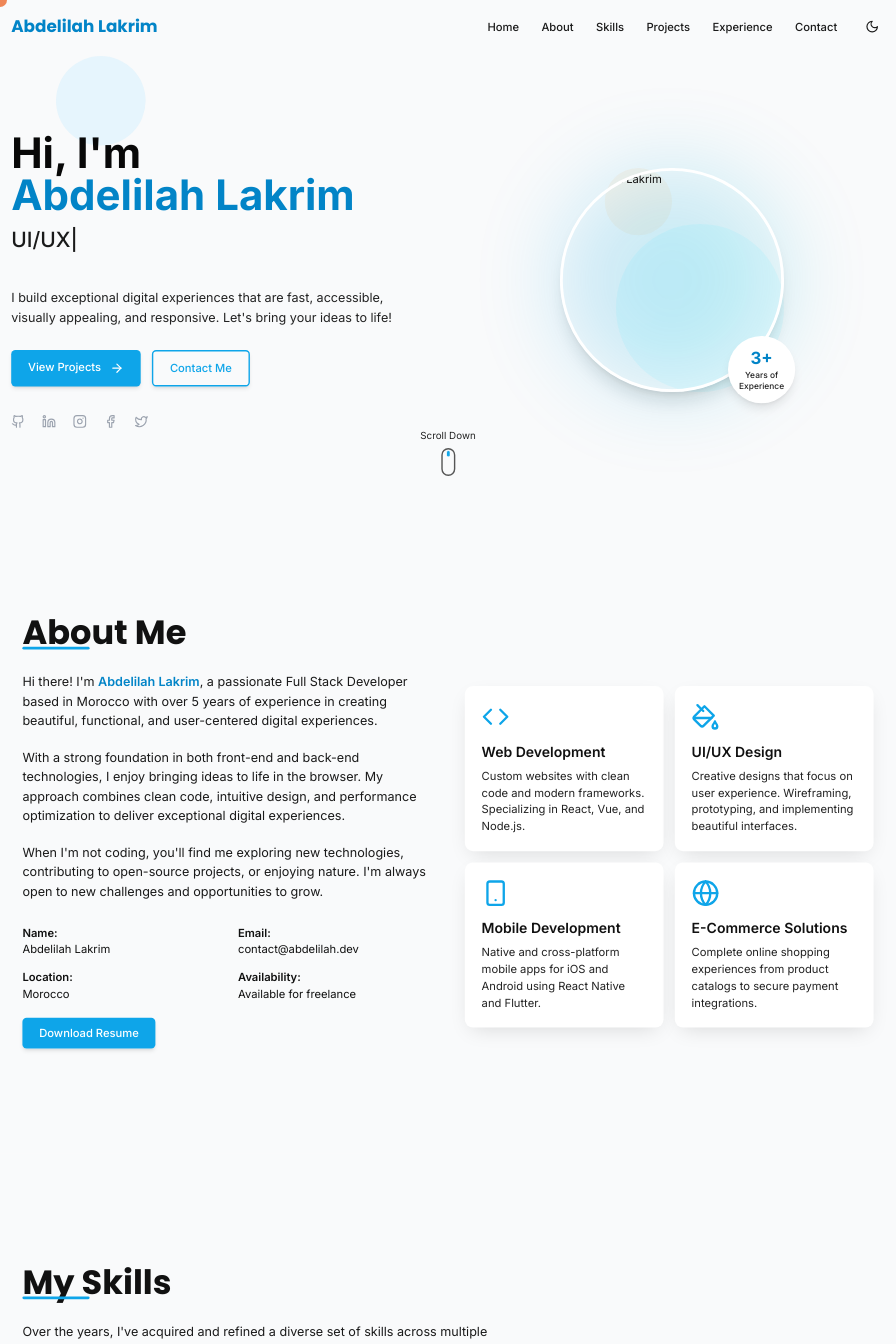
Repository: Abdelilah-Lakrim/Personal_Portfolio
Page: /
The author's editor kept a copy of each file at every save. The page is drawn from the files as they stood at one save, then again after the next save.
The browser window is 1280 px wide. The pictures show the part of the page from y = 0 to 1920 px (the page is 7905 px tall), at 70% of full size.
Pictures or frames that could not be fetched are drawn as grey boxes. The project was rebuilt for these pictures with package versions that can differ from the ones it lists, and the page was loaded fresh each time. Also part of the build but not shown: vite.config.ts.

Above is the page before, as saved 2025-05-21 12:11:24.

### index.html
<!doctype html>
<html lang="en">
  <head>
    <meta charset="UTF-8" />
    <link rel="icon" type="image/svg+xml" href="/favicon.svg" />
    <meta name="viewport" content="width=device-width, initial-scale=1.0" />
    <meta name="description" content="Abdelilah Lakrim - Full Stack Developer Portfolio">
    <title>Abdelilah Lakrim | Full Stack Developer</title>
  </head>
  <body>
    <div id="root"></div>
    <script type="module" src="/src/main.tsx"></script>
  </body>
</html>

### src/App.tsx
import React, { useEffect, useState } from 'react';
import Header from './components/Header';
import Hero from './components/Hero';
import About from './components/About';
import Projects from './components/Projects';
import Experience from './components/Experience';
import Skills from './components/Skills';
import Contact from './components/Contact';
import Footer from './components/Footer';
import Cursor from './components/Cursor';
import ScrollToTop from './components/ScrollToTop';

// Import smooth scrolling
import Lenis from '@studio-freight/lenis';

function App() {
  const [mounted, setMounted] = useState(false);

  useEffect(() => {
    // Initialize smooth scrolling
    const lenis = new Lenis({
      duration: 1.2,
      easing: (t) => Math.min(1, 1.001 - Math.pow(2, -10 * t)),
      orientation: 'vertical',
      gestureOrientation: 'vertical',
      smoothWheel: true,
      smoothTouch: false,
      touchMultiplier: 2,
    });

    function raf(time: number) {
      lenis.raf(time);
      requestAnimationFrame(raf);
    }

    requestAnimationFrame(raf);

    // Add intersection observer for animation on scroll
    const observer = new IntersectionObserver(
      (entries) => {
        entries.forEach((entry) => {
          if (entry.isIntersecting) {
            entry.target.classList.add('animate-visible');
          }
        });
      },
      { threshold: 0.1 }
    );

    const hiddenElements = document.querySelectorAll('.animate-hidden');
    hiddenElements.forEach((el) => observer.observe(el));

    setMounted(true);

    return () => {
      // Cleanup
      hiddenElements.forEach((el) => observer.unobserve(el));
    };
  }, []);

  return (
    <div className="hidden-cursor min-h-screen bg-gray-50">
      {mounted && <Cursor />}
      <Header />
      <main>
        <Hero />
        <About />
        <Skills />
        <Projects />
        <Experience />
        <Contact />
      </main>
      <Footer />
      <ScrollToTop />
    </div>
  );
}

export default App;

### src/index.css
@import url('https://fonts.googleapis.com/css2?family=Inter:wght@300;400;500;600;700&family=Poppins:wght@500;600;700&display=swap');

@tailwind base;
@tailwind components;
@tailwind utilities;

:root {
  --cursor-color: rgba(14, 165, 233, 0.7);
}

* {
  margin: 0;
  padding: 0;
  box-sizing: border-box;
  scroll-behavior: smooth;
}

body {
  @apply bg-gray-50 text-dark-800 font-sans overflow-x-hidden;
}

/* Custom cursor styles */
.custom-cursor {
  position: fixed;
  width: 20px;
  height: 20px;
  border-radius: 50%;
  background-color: var(--cursor-color);
  transform: translate(-50%, -50%);
  pointer-events: none;
  z-index: 9999;
  mix-blend-mode: difference;
  transition: transform 0.2s ease-out, opacity 0.2s ease-out, width 0.2s ease-out, height 0.2s ease-out;
}

.custom-cursor.hover {
  width: 50px;
  height: 50px;
  opacity: 0.5;
}

.hidden-cursor {
  cursor: none;
}

/* Custom scrollbar */
::-webkit-scrollbar {
  width: 8px;
}

::-webkit-scrollbar-track {
  @apply bg-gray-100;
}

::-webkit-scrollbar-thumb {
  @apply bg-primary-500 rounded-full;
}

::-webkit-scrollbar-thumb:hover {
  @apply bg-primary-600;
}

/* Section styles */
.section-container {
  @apply max-w-7xl mx-auto px-4 sm:px-6 lg:px-8 py-20;
}

.section-title {
  @apply text-3xl md:text-4xl lg:text-5xl font-bold font-heading mb-8 text-dark-800 relative;
}

.section-title::after {
  content: '';
  @apply absolute bottom-0 left-0 w-24 h-1 bg-primary-500 mt-2 rounded-full;
}

/* Button styles */
.btn-primary {
  @apply px-6 py-3 bg-primary-500 text-white font-medium rounded-md shadow-md hover:bg-primary-600 transition-all duration-300 transform hover:-translate-y-1 focus:outline-none focus:ring-2 focus:ring-primary-400 focus:ring-opacity-50;
}

.btn-secondary {
  @apply px-6 py-3 bg-transparent border-2 border-primary-500 text-primary-500 font-medium rounded-md shadow-md hover:bg-primary-50 transition-all duration-300 transform hover:-translate-y-1 focus:outline-none focus:ring-2 focus:ring-primary-400 focus:ring-opacity-50;
}

/* 3D card effect */
.tilt-card {
  @apply relative overflow-hidden rounded-xl shadow-smooth bg-white p-6 transition-all duration-300 hover:shadow-neon;
  transform-style: preserve-3d;
  transform: perspective(1000px);
}

.skill-bar {
  @apply h-2 rounded-full bg-gray-200 overflow-hidden mt-2;
}

.skill-progress {
  @apply h-full bg-primary-500 rounded-full;
  transition: width 1.5s ease-in-out;
}

/* Animation classes */
.animate-hidden {
  opacity: 0;
  transform: translateY(30px);
}

.animate-visible {
  opacity: 1;
  transform: translateY(0);
  transition: opacity 0.8s ease, transform 0.8s ease;
}

/* Project card styles */
.project-card {
  @apply relative overflow-hidden rounded-xl shadow-smooth transition-all duration-300;
  transform-style: preserve-3d;
  transform: perspective(1000px);
}

.project-card img {
  @apply transition-all duration-500;
}

.project-card:hover img {
  @apply scale-105;
}

.project-card-content {
  @apply absolute inset-0 p-6 flex flex-col justify-end bg-gradient-to-t from-dark-900/80 to-transparent text-white opacity-0 transition-all duration-300;
}

.project-card:hover .project-card-content {
  @apply opacity-100;
}

/* Timeline styles */
.timeline-container {
  @apply relative;
}

.timeline-container::before {
  content: '';
  @apply absolute left-0 md:left-1/2 h-full w-0.5 bg-primary-200 transform md:-translate-x-1/2;
}

.timeline-item {
  @apply relative pt-10 pb-10;
}

.timeline-dot {
  @apply absolute left-0 md:left-1/2 w-4 h-4 rounded-full bg-primary-500 border-4 border-white shadow-md transform md:-translate-x-1/2 z-10;
}

.timeline-content {
  @apply ml-6 md:ml-0 md:w-5/12 p-6 bg-white rounded-xl shadow-smooth transition-all duration-300 hover:shadow-neon;
}

.timeline-item:nth-child(even) .timeline-content {
  @apply md:ml-auto md:mr-0;
}

.timeline-item:nth-child(odd) .timeline-content {
  @apply md:mr-auto md:ml-0;
}

### src/components/Hero.tsx
import React, { useEffect, useRef } from 'react';
import { motion } from 'framer-motion';
import { TypeAnimation } from 'react-type-animation';
import { ArrowRight, Facebook, Github as GitHub, Instagram, Linkedin, Twitter } from 'lucide-react';
import gsap from 'gsap';

const Hero: React.FC = () => {
  const heroRef = useRef<HTMLDivElement>(null);

  // Parallax effect on mouse move
  useEffect(() => {
    const handleMouseMove = (e: MouseEvent) => {
      if (!heroRef.current) return;

      const { clientX, clientY } = e;
      const { innerWidth, innerHeight } = window;

      // Calculate how far the mouse has moved from the center as a percentage
      const moveX = (clientX - innerWidth / 2) / (innerWidth / 2);
      const moveY = (clientY - innerHeight / 2) / (innerHeight / 2);

      // Apply parallax effect to elements
      const elements = heroRef.current.querySelectorAll('.parallax');
      elements.forEach((el, index) => {
        const htmlEl = el as HTMLElement;
        const factor = index * 5 + 15;
        gsap.to(htmlEl, {
          x: moveX * factor,
          y: moveY * factor,
          duration: 1,
          ease: 'power1.out'
        });
      });
    };

    window.addEventListener('mousemove', handleMouseMove);

    return () => {
      window.removeEventListener('mousemove', handleMouseMove);
    };
  }, []);

  return (
    <section
      id="home"
      ref={heroRef}
      className="relative min-h-screen flex items-center justify-center overflow-hidden"
    >
      {/* Background elements */}
      <div className="absolute inset-0 z-0">
        <div className="parallax absolute top-20 left-20 w-32 h-32 rounded-full bg-primary-200 opacity-30"></div>
        <div className="parallax absolute bottom-40 right-40 w-60 h-60 rounded-full bg-secondary-200 opacity-20"></div>
        <div className="parallax absolute top-1/3 right-1/4 w-24 h-24 rounded-full bg-accent-200 opacity-20"></div>
      </div>

      <div className="container mx-auto px-4 z-10 pt-20">
        <div className="grid grid-cols-1 lg:grid-cols-2 gap-8 items-center">
          {/* Hero Content */}
          <motion.div
            initial={{ opacity: 0, y: 50 }}
            animate={{ opacity: 1, y: 0 }}
            transition={{ duration: 0.8, ease: "easeOut" }}
            className="text-center lg:text-left"
          >
            <h1 className="text-4xl sm:text-5xl md:text-6xl font-bold mb-4 text-dark-900 leading-tight">
              <span className="block">Hi, I'm</span>
              <span className="text-primary-600">Abdelilah Lakrim</span>
            </h1>
            <div className="text-xl sm:text-2xl md:text-3xl text-dark-700 mb-6 h-16">
              <TypeAnimation
                sequence={[
                  'Full Stack Developer',
                  2000,
                  'UI/UX Designer',
                  2000,
                  'Mobile Developer',
                  2000,
                  'Freelancer',
                  2000,
                ]}
                wrapper="div"
                speed={50}
                repeat={Infinity}
                className="font-medium"
              />
            </div>
            <p className="text-lg text-dark-600 mb-8 max-w-xl mx-auto lg:mx-0">
              I build exceptional digital experiences that are fast, accessible, visually appealing, and responsive. Let's bring your ideas to life!
            </p>

            {/* CTA Buttons */}
            <div className="flex flex-col sm:flex-row justify-center lg:justify-start space-y-4 sm:space-y-0 sm:space-x-4">
              <a href="#projects" className="btn-primary">
                View Projects <ArrowRight className="inline-block ml-2 w-5 h-5" />
              </a>
              <a href="#contact" className="btn-secondary">
                Contact Me
              </a>
            </div>

            {/* Social Media Links */}
            <div className="mt-10 flex justify-center lg:justify-start space-x-6">
              <a
                href="https://github.com/Abdelilah-Lakrim"
                target="_blank"
                rel="noopener noreferrer"
                className="text-gray-400 hover:text-primary-400 transition-colors"
              >
                <GitHub className="w-5 h-5" />
              </a>
              <a
                href="https://www.linkedin.com/in/abdelilah-lakrim/"
                target="_blank"
                rel="noopener noreferrer"
                className="text-gray-400 hover:text-primary-400 transition-colors"
              >
                <Linkedin className="w-5 h-5" />
              </a>
              <a
                href="https://www.instagram.com/abdelilahlakrim/"
                target="_blank"
                rel="noopener noreferrer"
                className="text-gray-400 hover:text-primary-400 transition-colors"
              >
                <Instagram className="w-5 h-5" />
              </a>
              <a
                href="https://www.facebook.com/abdelilah.lakrim.9/"
                target="_blank"
                rel="noopener noreferrer"
                className="text-gray-400 hover:text-primary-400 transition-colors"
              >
                <Facebook className="w-5 h-5" />
              </a>
              <a
                href="https://x.com/LakrimAbdelilah"
                target="_blank"
                rel="noopener noreferrer"
                className="text-gray-400 hover:text-primary-400 transition-colors"
              >
                <Twitter className="w-5 h-5" />
              </a>
            </div>
          </motion.div>

          {/* Hero Image */}
          <motion.div
            initial={{ opacity: 0, scale: 0.8 }}
            animate={{ opacity: 1, scale: 1 }}
            transition={{ duration: 0.8, ease: "easeOut", delay: 0.2 }}
            className="flex justify-center"
          >
            <div className="relative">
              <div className="absolute inset-0 bg-gradient-to-r from-primary-500 to-secondary-500 rounded-full blur-3xl opacity-20"></div>
              <img  className="relative z-10 w-64 h-64 sm:w-80 sm:h-80 rounded-full object-cover border-4 border-white shadow-xl"
                src=""
                alt="Abdelilah Lakrim"

              />
              <div className="absolute -bottom-4 -right-4 w-24 h-24 bg-white rounded-full flex items-center justify-center shadow-lg z-20">
                <div className="text-xs font-medium text-center">
                  <span className="block text-primary-600 font-bold text-2xl">3+</span>
                  <span className="text-dark-600">Years of<br/>Experience</span>
                </div>
              </div>
            </div>
          </motion.div>
        </div>
      </div>

      {/* Scroll indicator */}
      <div className="absolute bottom-10 left-1/2 transform -translate-x-1/2 flex flex-col items-center">
        <span className="text-dark-600 text-sm mb-2">Scroll Down</span>
        <div className="w-5 h-10 border-2 border-dark-400 rounded-full flex justify-center">
          <div className="w-1 h-2 bg-primary-500 rounded-full mt-1 animate-bounce"></div>
        </div>
      </div>
    </section>
  );
};

export default Hero;

### src/components/Cursor.tsx
import React, { useEffect, useState } from 'react';

const Cursor: React.FC = () => {
  const [position, setPosition] = useState({ x: 0, y: 0 });
  const [hidden, setHidden] = useState(false);
  const [clicked, setClicked] = useState(false);
  const [hovering, setHovering] = useState(false);

  useEffect(() => {
    const updatePosition = (e: MouseEvent) => {
      setPosition({ x: e.clientX, y: e.clientY });
    };

    const handleMouseEnter = () => setHidden(false);
    const handleMouseLeave = () => setHidden(true);
    const handleMouseDown = () => setClicked(true);
    const handleMouseUp = () => setClicked(false);

    const handleLinkHover = () => setHovering(true);
    const handleLinkLeave = () => setHovering(false);

    // Add event listeners
    window.addEventListener('mousemove', updatePosition);
    document.body.addEventListener('mouseenter', handleMouseEnter);
    document.body.addEventListener('mouseleave', handleMouseLeave);
    window.addEventListener('mousedown', handleMouseDown);
    window.addEventListener('mouseup', handleMouseUp);

    // Add hover effect for links and buttons
    const interactiveElements = document.querySelectorAll('a, button, .tilt-card, .project-card');
    interactiveElements.forEach(el => {
      el.addEventListener('mouseenter', handleLinkHover);
      el.addEventListener('mouseleave', handleLinkLeave);
    });

    return () => {
      window.removeEventListener('mousemove', updatePosition);
      document.body.removeEventListener('mouseenter', handleMouseEnter);
      document.body.removeEventListener('mouseleave', handleMouseLeave);
      window.removeEventListener('mousedown', handleMouseDown);
      window.removeEventListener('mouseup', handleMouseUp);

      interactiveElements.forEach(el => {
        el.removeEventListener('mouseenter', handleLinkHover);
        el.removeEventListener('mouseleave', handleLinkLeave);
      });
    };
  }, []);

  const cursorStyle = {
    left: `${position.x}px`,
    top: `${position.y}px`,
    transform: `translate(-50%, -50%) scale(${clicked ? 0.8 : 1})`,
    opacity: hidden ? 0 : 1,
  };

  const cursorClass = `custom-cursor ${hovering ? 'hover' : ''}`;

  return <div className={cursorClass} style={cursorStyle}></div>;
};

export default Cursor;

### src/components/ScrollToTop.tsx
import React, { useEffect, useState } from 'react';
import { ArrowUp } from 'lucide-react';

const ScrollToTop: React.FC = () => {
  const [isVisible, setIsVisible] = useState(false);

  useEffect(() => {
    const toggleVisibility = () => {
      if (window.scrollY > 500) {
        setIsVisible(true);
      } else {
        setIsVisible(false);
      }
    };

    window.addEventListener('scroll', toggleVisibility);

    return () => window.removeEventListener('scroll', toggleVisibility);
  }, []);

  const scrollToTop = () => {
    window.scrollTo({
      top: 0,
      behavior: 'smooth',
    });
  };

  return (
    <button
      onClick={scrollToTop}
      className={`fixed bottom-8 right-8 p-3 rounded-full bg-primary-500 text-white shadow-lg hover:bg-primary-600 transition-all duration-300 z-50 ${
        isVisible ? 'opacity-100 translate-y-0' : 'opacity-0 translate-y-10 pointer-events-none'
      }`}
      aria-label="Scroll to top"
    >
      <ArrowUp className="w-6 h-6" />
    </button>
  );
};

export default ScrollToTop;

Loaded but not shown: src/main.tsx (common file); tailwind.config.js (95 lines, source omitted); src/components/Projects.tsx (249 lines, source omitted); src/components/Contact.tsx (241 lines, source omitted); src/components/Experience.tsx (189 lines, source omitted); src/components/Footer.tsx (154 lines, source omitted); src/components/Skills.tsx (161 lines, source omitted); src/components/Header.tsx (145 lines, source omitted); src/components/About.tsx (112 lines, source omitted)

After the next save:
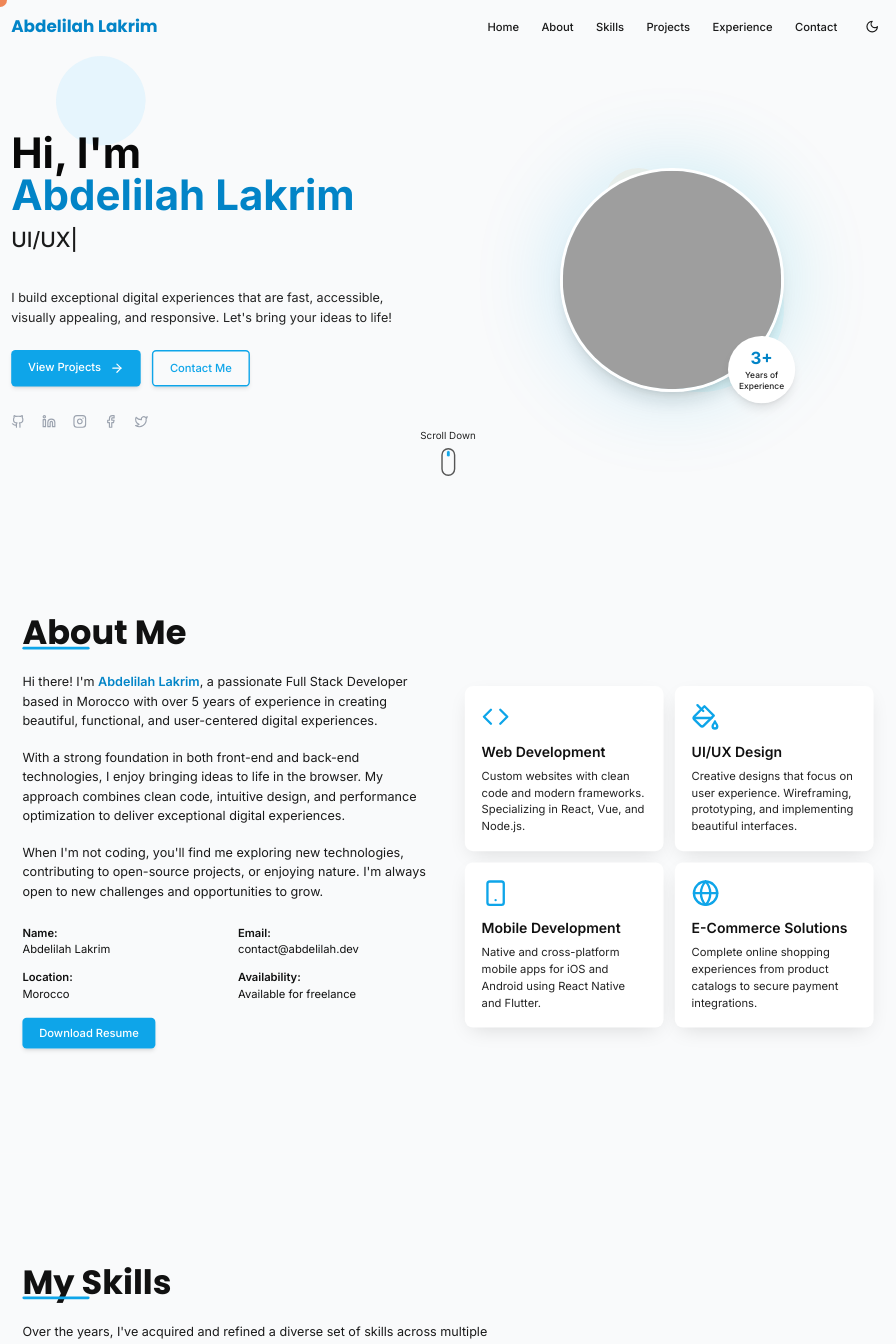
Saved 31 s later.
--- a/src/components/Hero.tsx
+++ b/src/components/Hero.tsx
@@ -153,7 +153,7 @@
             <div className="relative">
               <div className="absolute inset-0 bg-gradient-to-r from-primary-500 to-secondary-500 rounded-full blur-3xl opacity-20"></div>
               <img  className="relative z-10 w-64 h-64 sm:w-80 sm:h-80 rounded-full object-cover border-4 border-white shadow-xl"
-                src=""
+                src="C:\Users\Abdelilah\Desktop\MyPersonalWebsite\image\Portrait.jpg"
                 alt="Abdelilah Lakrim"
 
               />

After the 3 saves that followed:
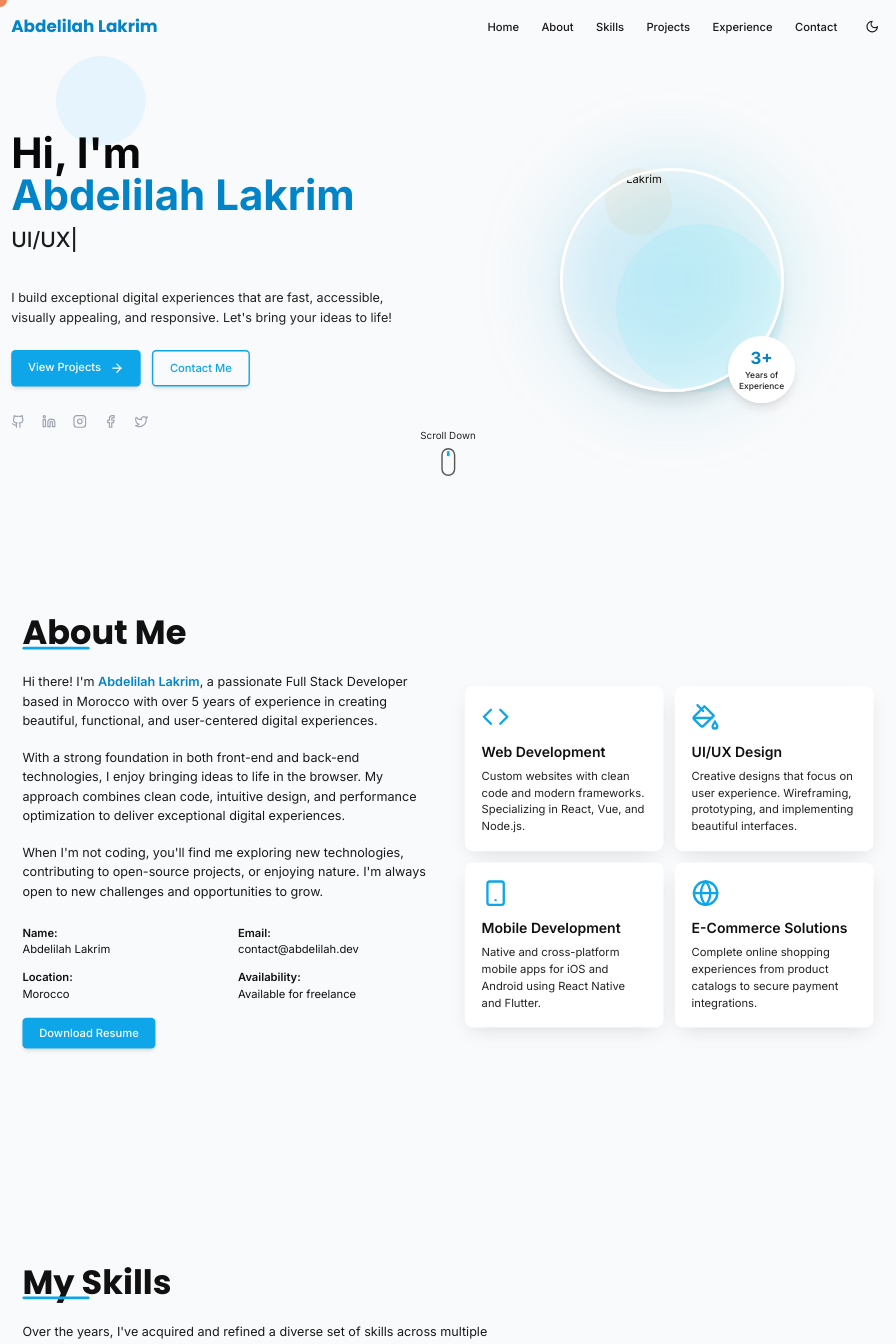
The 3 saves are shown as one change because 2 left the picture as it was.
The last was saved 81 s later.
--- a/src/components/Hero.tsx
+++ b/src/components/Hero.tsx
@@ -153,7 +153,7 @@
             <div className="relative">
               <div className="absolute inset-0 bg-gradient-to-r from-primary-500 to-secondary-500 rounded-full blur-3xl opacity-20"></div>
               <img  className="relative z-10 w-64 h-64 sm:w-80 sm:h-80 rounded-full object-cover border-4 border-white shadow-xl"
-                src="C:\Users\Abdelilah\Desktop\MyPersonalWebsite\image\Portrait.jpg"
+                src=""
                 alt="Abdelilah Lakrim"
 
               />
